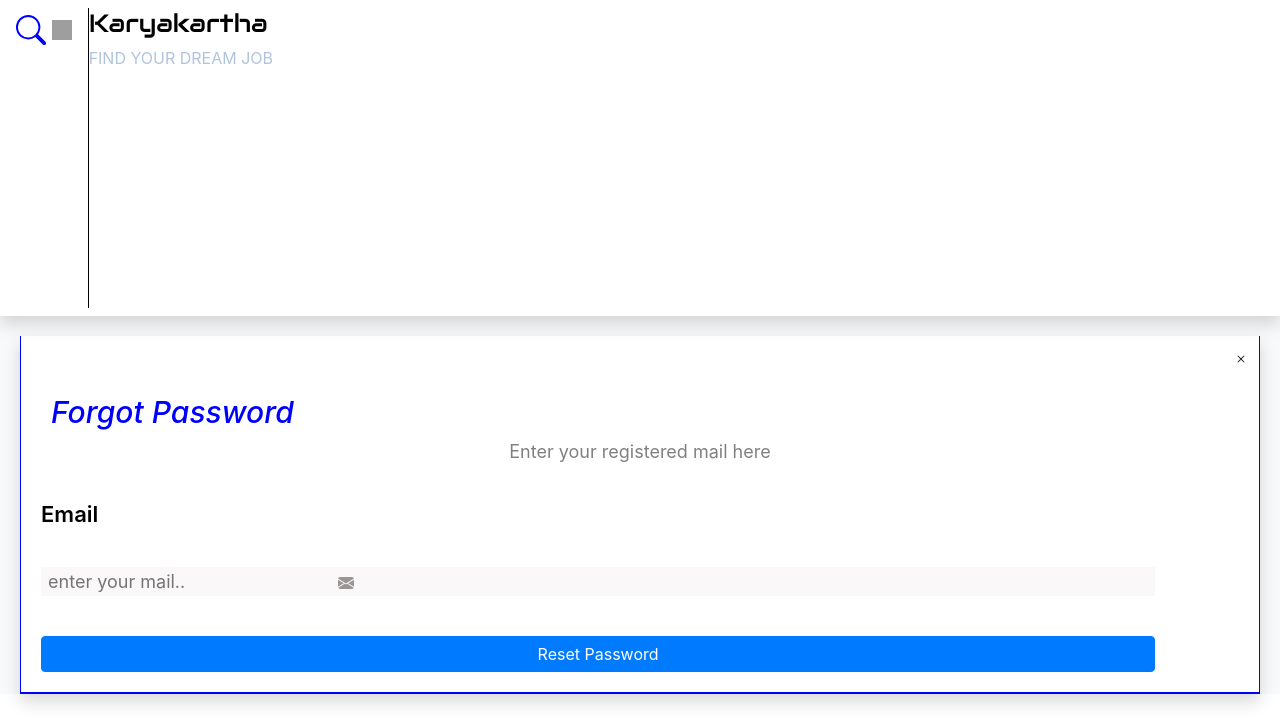
Repository: siri548/Karyakartha
Page: forgotPage.html
The author's editor kept a copy of each file at every save. The page is drawn from the files as they stood at one save, then again after the next save.
The browser window is 1280 px wide. The pictures show the whole page.
Pictures or frames that could not be fetched are drawn as grey boxes.

Above is the page before, as saved 2023-11-04 18:32:16.
Console error (its wording comes from the project's code and is left out).

### forgotPage.html
<!DOCTYPE html>
<html lang="en">

<head>
    <meta charset="UTF-8">
    <meta name="viewport" content="width=device-width, initial-scale=1.0">
    <link rel="stylesheet" href="https://cdn.jsdelivr.net/npm/bootstrap@4.6.2/dist/css/bootstrap.min.css">
    <link rel="stylesheet" href="https://cdnjs.cloudflare.com/ajax/libs/font-awesome/6.4.0/css/all.min.css">

    <script src="https://cdn.jsdelivr.net/npm/bootstrap@4.6.2/dist/js/bootstrap.bundle.min.js" integrity="sha384-Fy6S3B9q64WdZWQUiU+q4/2Lc9npb8tCaSX9FK7E8HnRr0Jz8D6OP9dO5Vg3Q9ct" crossorigin="anonymous"></script>
    <script src="https://cdn.jsdelivr.net/npm/jquery@3.5.1/dist/jquery.slim.min.js" integrity="sha384-DfXdz2htPH0lsSSs5nCTpuj/zy4C+OGpamoFVy38MVBnE+IbbVYUew+OrCXaRkfj" crossorigin="anonymous"></script>
    <script src="https://cdn.jsdelivr.net/npm/popper.js@1.16.1/dist/umd/popper.min.js" integrity="sha384-9/reFTGAW83EW2RDu2S0VKaIzap3H66lZH81PoYlFhbGU+6BZp6G7niu735Sk7lN" crossorigin="anonymous"></script>

    <link rel="stylesheet" href="https://fonts.googleapis.com/css?family=Audiowide">

    <link rel="stylesheet" text="css/text" href="forgotPage.css">
</head>

<body>
    <div class="bg-forgotPage bg-light">
        <nav class="navbar navbar-expand-lg navbar-light bg-white shadow">
            <div class="d-flex flex-row justify-content-between">
                <div>
                    <a class=" navbar-brand " href="# ">

                        <svg xmlns="http://www.w3.org/2000/svg" width="30" height="30" class="bi bi-search outer-icon" fill="blue" viewBox="0 0 16 16">
<path  d        = "M11.742 10.344a6.5 6.5 0 1 0-1.397 1.398h-.001c.03.04.062.078.098.115l3.85 3.85a1 1 0 0 0 1.415-1.414l-3.85-3.85a1.007 1.007 0 0 0-.115-.1zM12 6.5a5.5 5.5 0 1 1-11 0 5.5 5.5 0 0 1 11 0z"/>
</svg>
                        <img src="D:\icons\trend.png " class="inner-icon" />
                    </a>
                </div>
                <div class="forgotPage-verticlelineBrandname">
                </div>
                <div>
                    <h1 class="karykartaname">Karyakartha </h1>
                    <p class="karyakartha-tagline">FIND YOUR DREAM JOB</p>
                </div>
            </div> <button class=" navbar-toggler " type="button " data-toggle="collapse " data-target="#navbarNavAltMarkup " aria-controls="navbarNavAltMarkup " aria-expanded="false " aria-label="Toggle navigation ">
                    <span class="navbar-toggler-icon "></span>
                    </button>
            <div class="collapse navbar-collapse " id="navbarNavAltMarkup ">
                <div class="navbar-nav ml-auto ">
                    <a class="nav-link active " href="# ">
                        <span class="sr-only "></span>
                    </a>
                    <a class="nav-link " href="# "></a>
                    <a class="nav-link " href="# "></a>
                    <a class="nav-link " href="# "></a>
                </div>
            </div>
        </nav>
        <div class="forgotPage-card shadow">
            <div class="text-right ">
                <svg xmlns="http://www.w3.org/2000/svg" width="16" height="16" fill="currentColor" class="bi bi-x" viewBox="0 0 16 16">
<path d     = "M4.646 4.646a.5.5 0 0 1 .708 0L8 7.293l2.646-2.647a.5.5 0 0 1 .708.708L8.707 8l2.647 2.646a.5.5 0 0 1-.708.708L8 8.707l-2.646 2.647a.5.5 0 0 1-.708-.708L7.293 8 4.646 5.354a.5.5 0 0 1 0-.708z"/>
</svg>

                <i class="forgotPage-closeIcon bi bi-x"></i>
            </div>

            <h1 class="forgotHeading ">Forgot Password</h1>
            <div class="text-center">
                <p class="forgotPage-para">Enter your registered mail here</p>
            </div>
            <div>
                <h1 class="forgotPage-emailHeading ">Email</h1>
            </div>
            <div class="forgotPage-inputContainer ">
                <input type="text" placeholder=" enter your mail.. " class="forgotPage-input">




                <svg xmlns="http://www.w3.org/2000/svg" width="16" height="16" fill="currentColor" class="bi bi-envelope-fill forgotPage-envelopeIcon text-end" viewBox="0 0 16 16">
<path d     = "M.05 3.555A2 2 0 0 1 2 2h12a2 2 0 0 1 1.95 1.555L8 8.414.05 3.555ZM0 4.697v7.104l5.803-3.558L0 4.697ZM6.761 8.83l-6.57 4.027A2 2 0 0 0 2 14h12a2 2 0 0 0 1.808-1.144l-6.57-4.027L8 9.586l-1.239-.757Zm3.436-.586L16 11.801V4.697l-5.803 3.546Z"/>
</svg>



            </div>

            <button class=" btn btn-primary forgotPage-resetButton">Reset Password</button>

        </div>
    </div>
</body>

</html>

</html>

### forgotPage.css
.bg-forgotpage {
    background-color: lightgrey;
}

.outer-icon {
    color: blue;
    background-size: cover;
}

.inner-icon {
    color: blue;
    font-size: 20px;
    width: 20px;
    height: 20px;
}

.forgotPage-verticlelineBrandname {
    width: 1px;
    height: 300px;
    background-color: black;
}

.karykartaname {
    font-size: 25px;
    color: black;
    font-family: "Audiowide", sans-serif;
}

.forgotPage-card {
    background-color: white;
    border-color: blue;
    border-top: 0px;
    border-right: 1px solid blue;
    border-left: 1px solid blue;
    border-bottom: 2px solid blue;
    margin: 20px;
}

.forgotPage-closeIcon {
    color: black;
    font-size: 25px;
    padding-right: 10px;
}

.forgotHeading {
    color: blue;
    font-size: 30px;
    padding-left: 30px;
    padding-top: 20px;
    font-style: italic;
}

.karyakartha-tagline {
    color: lightsteelblue;
    font-size: 16px;
}

.forgotPage-para {
    color: grey;
    font-size: 18px;
}

.forgotPage-emailHeading {
    color: black;
    font-weight: 600;
    font-size: 22px;
    padding: 20px;
}

.forgotPage-envelopeIcon {
    color: rgb(155, 150, 150);
    font-size: 18px;
}

.forgotPage-inputContainer {
    background-color: rgb(250, 248, 248);
    margin: 20px;
    font-size: 18px;
    width: 90%;
}

.forgotPage-input {
    background-color: rgb(250, 248, 248);
    border-width: 0px;
}

.forgotPage-resetButton {
    padding: 5px;
    text-align: center;
    margin: 20px;
    text-align: center;
    width: 90%;
}

After the next save:
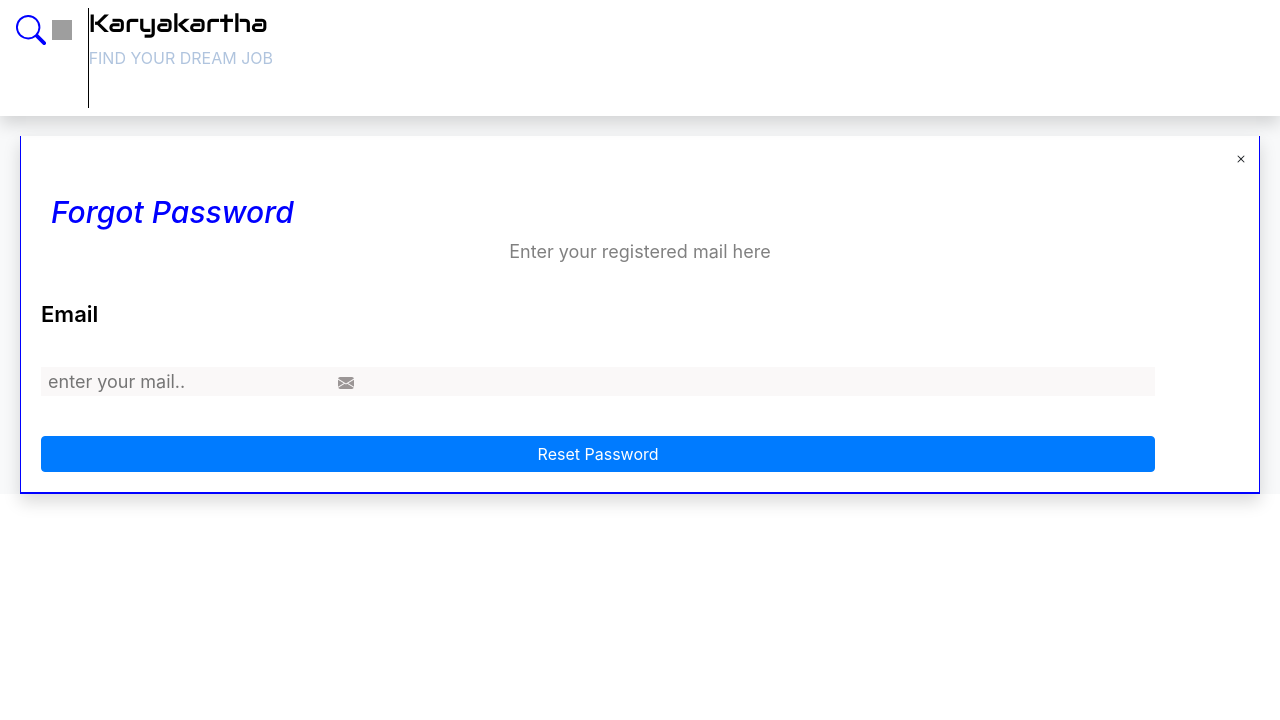
Saved 5 s later.
--- a/forgotPage.css
+++ b/forgotPage.css
@@ -16,7 +16,7 @@
 
 .forgotPage-verticlelineBrandname {
     width: 1px;
-    height: 300px;
+    height: 100px;
     background-color: black;
 }
 
